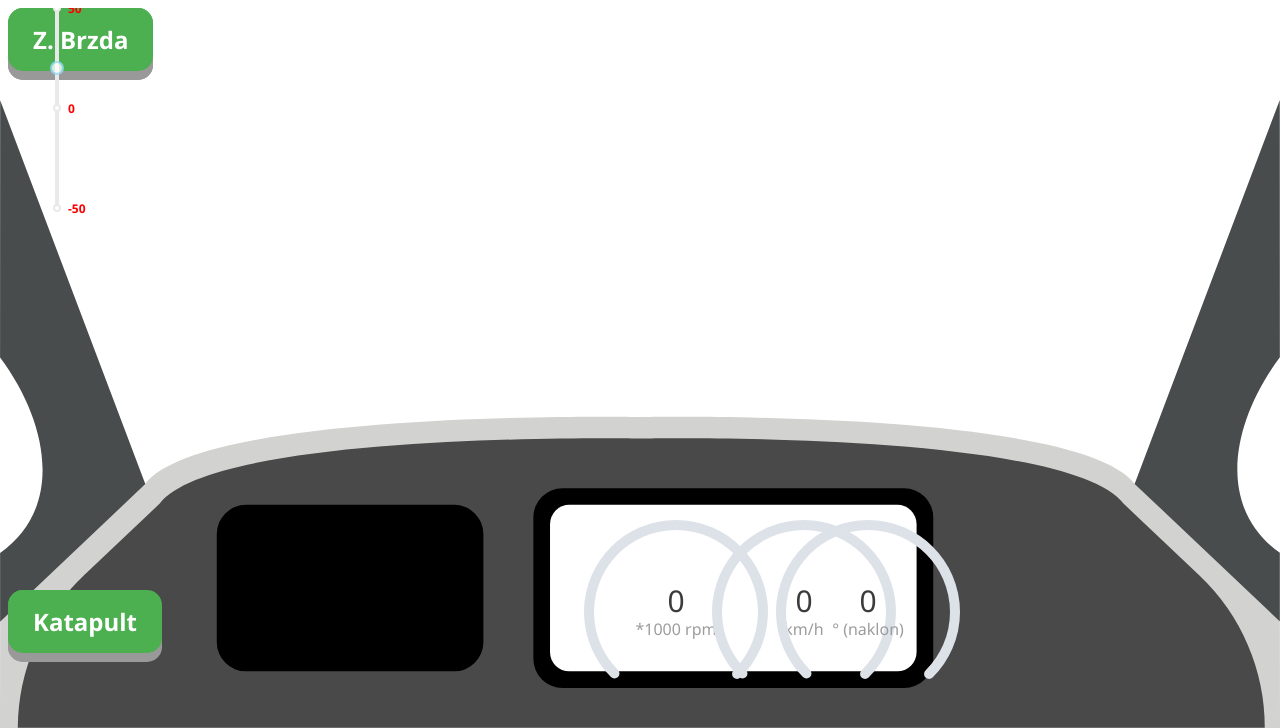
Repository: matyasvelc/train
Page: / (app in frontend/)
The author's editor kept a copy of each file at every save. The page is drawn from the files as they stood at one save, then again after the next save.
The browser window is 1280 px wide. The pictures show the whole page.
The page's requests for data from a server got no answer. The project was rebuilt for these pictures with package versions that can differ from the ones it lists, and the page was loaded fresh each time. No one was signed in, and anything a server would have sent is missing.

Above is the page before, as saved 2022-04-04 16:54:45.

### frontend/src/index.js
import React, { useEffect } from 'react'
import ReactDOM from 'react-dom'
import Progress from './lib/progress'
import './styles.css'
import Slider, { Range } from 'rc-slider';
import 'rc-slider/assets/index.css';

async function postData(url = '', data = {}) {
  // Default options are marked with *
  const response = await fetch(url, {
    method: 'POST', // *GET, POST, PUT, DELETE, etc.
    cache: 'no-cache', // *default, no-cache, reload, force-cache, only-if-cached
    headers: {
      'Content-Type': 'application/json'
    },
    redirect: 'follow', // manual, *follow, error
    referrerPolicy: 'no-referrer', // no-referrer, *no-referrer-when-downgrade, origin, origin-when-cross-origin, same-origin, strict-origin, strict-origin-when-cross-origin, unsafe-url
    body: JSON.stringify(data) // body data type must match "Content-Type" header
  });
  return response.json(); // parses JSON response into native JavaScript objects
}

const style = { float: 'left', width: 160, height: 200, marginBottom: 160, marginLeft: 50 };
const parentStyle = { overflow: 'hidden' };

const marks = {
  '-50': {
    style: {
      color: 'red',
    },
    label: <strong>-50</strong>,
  },
  0: {
    style: {
      color: 'red',
    },
    label: <strong>0</strong>,
  },
  50: {
    style: {
      color: 'red',
    },
    label: <strong>50</strong>,
  },
};

function App() {
  const [temp, setTemp] = React.useState()
  const [rpm, setRpm] = React.useState()
  const [speed, setSpeed] = React.useState()
  const [svetlo, setSvetlo] = React.useState()
  const [rychlost, setRychlost] = React.useState()

  useEffect(() => {
    const timer = setInterval(() => {
      fetch('http://127.0.0.1:5000/getSpeed')
        .then(res => {
          return res.json();
        })
        .then(data => {
          setSpeed(data.speed);
        });
    }, 1000);

    return () => clearInterval(timer);
  }, []);

  useEffect(() => {
    const timer = setInterval(() => {
      fetch('http://127.0.0.1:5000/getAngle')
        .then(res => {
          return res.json();
        })
        .then(data => {
          setTemp(data.angle);
        });
    }, 1000);

    return () => clearInterval(timer);
  }, []);

  useEffect(() => {
    const timer = setInterval(() => {
      fetch('http://127.0.0.1:5000/getRpm')
        .then(res => {
          return res.json();
        })
        .then(data => {
          setRpm(data.engine_speed);
        });
      }, 1000);

      return () => clearInterval(timer);
  }, []);

  function Svetlo() {
    console.log(svetlo);
    setSvetlo(!svetlo);
    postData('http://127.0.0.1:5000/setLightStatus', {"lights": !svetlo})
  }

  function Rychlost(value) {
    console.log(value);
    setRychlost(value);
    postData('http://127.0.0.1:5000/setSpeed', {"speed": value})
  }

  return (
    <div className="demo">
      <div className='vlak'>
      <div className='budik1'>
      <Progress
        progress={rpm}
        max={4}
        subtitle="*1000 rpm"
        reduction={0.25}
        hideBall
        strokeWidth={10}
        gradient={[{stop: 0.0, color: '#f6416d'}, {stop: 1, color: '#fa6d7c'}]} />
      </div>
      <div className='budik2'>
      <Progress
        progress={speed}
        max={100}
        subtitle="km/h"
        reduction={0.25}
        hideBall
        strokeWidth={10} />
      </div>
      <div className='budik3'>
      <Progress
        progress={temp}
        min={-45}
        max={45}
        subtitle="° (naklon)"
        strokeWidth={10}
        reduction={0.25}
        hideBall
        gradient={[{stop: 0.0, color: '#f6416d'}, {stop: 1, color: '#fa6d7c'}]} />
      </div>
        </div>
        <input id='svetla' class="svetla" onClick={Svetlo} checked={svetlo} type='checkbox'></input>
        <label class="button a" htmlFor='svetla'>Světla</label>
        <button class="button b" >Katapult</button>
        <button class="button c" >Klakson</button>
        <button class="button d" >Z. Brzda</button>
        <div style={parentStyle}>
          <div style={style}>
            <Slider vertical min={-50} max={50} step={2} marks={marks} included={false} onAfterChange={Rychlost} defaultValue={20}/>
          </div>
        </div>
        </div>
  )
}

ReactDOM.render(<App />, document.getElementById('root'))

### frontend/src/styles.css
body {
  background: none;
  font-family: 'Segoe UI', Tahoma, Geneva, Verdana, sans-serif;
  caret-color: transparent;
  user-select: none;
  overflow: hidden;
  padding: 0;
  left: 0;
  width: 100%;
  height: 100%;
}

.demo > div {
  width: 100%;
  height: 100%;
  position: absolute;
  left: 0;
  display: inline-block;
}
.vlak {
  background-image:url(./train.svg);
  background-repeat: no-repeat;
  background-size: 100%;
  width: 100%;
  height: 100%;
  overflow: hidden;
  background-position: bottom;
  position: absolute;
  display: inline-block;
}
.budik1{
  position: absolute;
  top: 70%;
  left: 45%;
}
.budik2{
  position: absolute;
  top: 70%;
  left: 55%;
}
.budik3{
  position: absolute;
  top: 70%;
  left: 60%;
}
.button {
  font-family: 'Segoe UI', Tahoma, Geneva, Verdana, sans-serif;
  display: inline-block;
  padding: 15px 25px;
  font-size: 24px;
  cursor: pointer;
  text-align: center;
  text-decoration: none;
  outline: none;
  color: #fff;
  background-color: #4CAF50;
  border: none;
  border-radius: 15px;
  box-shadow: 0 9px #999;
  caret-color: transparent;
  user-select: none;
  font-weight:600;
  position: absolute;
}
.button:active {
  background-color: #3e8e41;
  box-shadow: 0 5px #666;
  transform: translateY(4px);
}
.a{
  position: absolute;
  top: 82%;
  left: ;
}
.b{
  position: absolute;
  top: 82%;
  left: ;
}
.c{
  position: absolute;
  top: ;
  left: ;
}
.d{
  position: absolute;
  top: ;
  left: ;
}
.svetla{
  display: none;
  caret-color: transparent;
  user-select: none;
  position: absolute;
}
.svetla:checked + .button{
  background-color: #3e8e41;
  box-shadow: 0 5px #666;
  transform: translateY(4px);
}
.rychlost{
  user-select:all;
  position: absolute;
  top: ;
  left: ;
}

### frontend/src/lib/progress.module.css
.progress {
  font-family: 'Segoe UI', Tahoma, Geneva, Verdana, sans-serif;
  width: 200px;
}

.svg {
  display: block;
  width: 100%;
}

Loaded but not shown: frontend/public/index.html (common file); frontend/src/lib/progress.js (library)

After the next save:
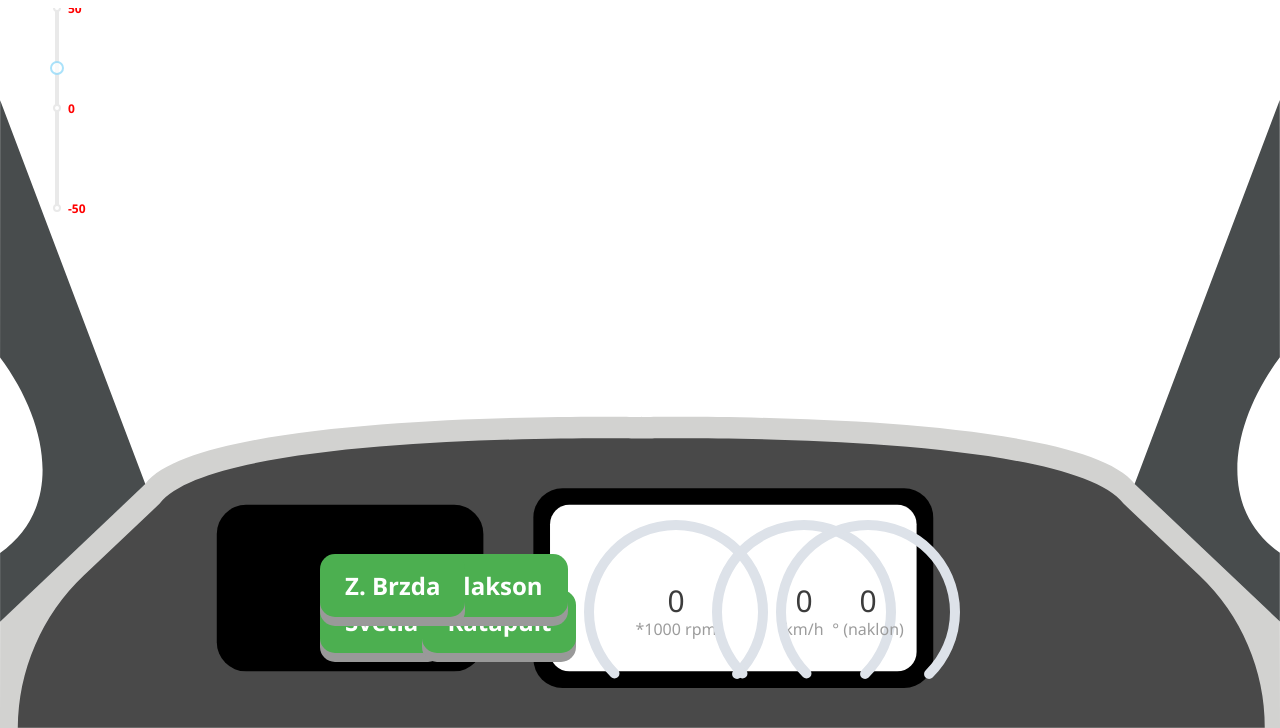
Saved 41 s later.
--- a/frontend/src/styles.css
+++ b/frontend/src/styles.css
@@ -70,22 +70,22 @@ body {
 .a{
   position: absolute;
   top: 82%;
-  left: ;
+  left: 25%;
 }
 .b{
   position: absolute;
   top: 82%;
-  left: ;
+  left: 33%;
 }
 .c{
   position: absolute;
-  top: ;
-  left: ;
+  top: 77%;
+  left: 33%;
 }
 .d{
   position: absolute;
-  top: ;
-  left: ;
+  top: 77%;
+  left: 25%;
 }
 .svetla{
   display: none;
